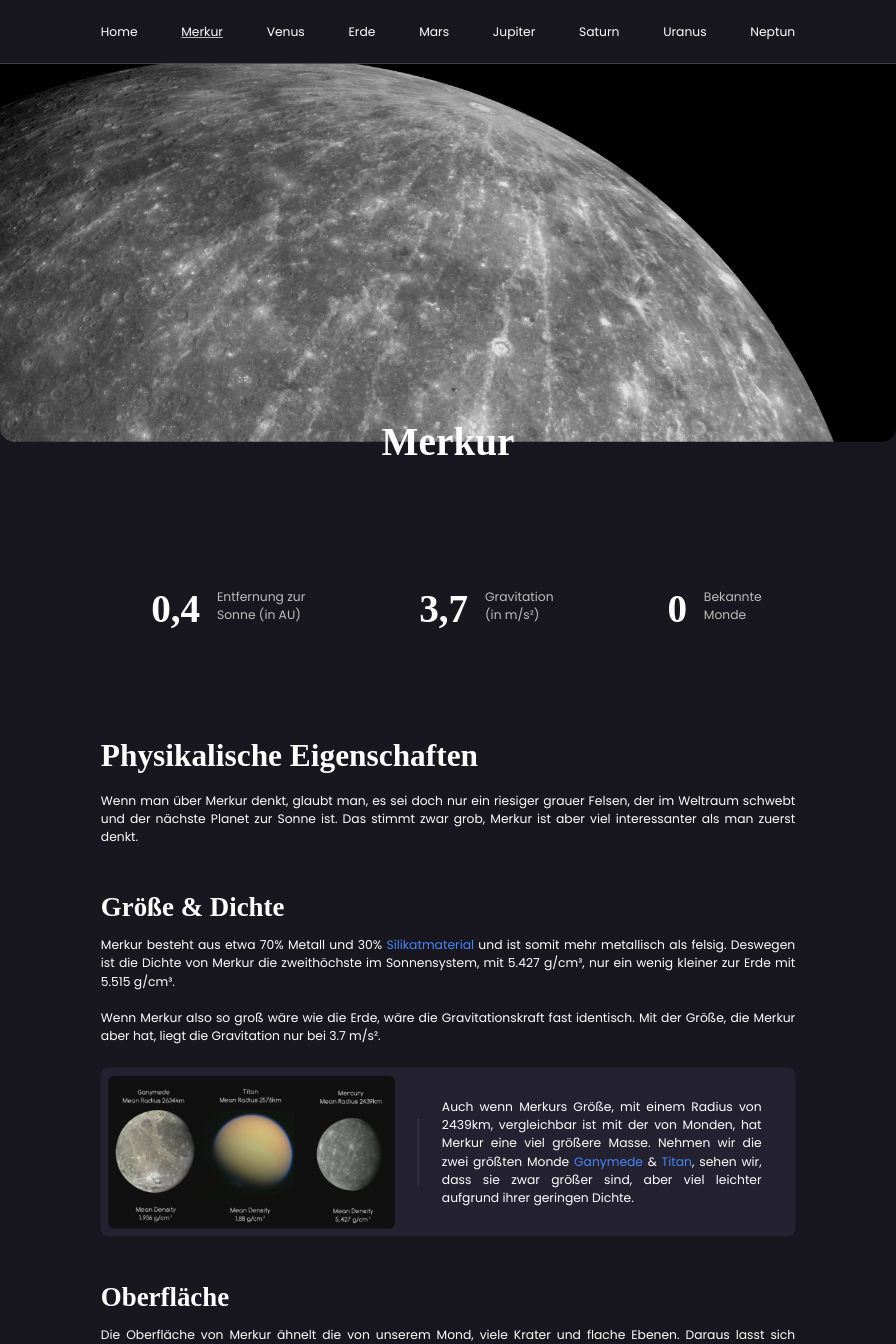
Repository: moreno-livak/solar
Page: dist/html/merkur.html
These files come from the project's save history. The page is drawn as it stood at one moment and after the next save; the edit follows.
The browser window is 1280 px wide. The pictures show the part of the page from y = 0 to 1920 px (the page is 3694 px tall), at 70% of full size.
The style sheet was rebuilt from its Sass, Less or Tailwind sources for each picture, by a compiler version that may differ from the author's.

Above is the page before, as saved 2022-05-07 13:41:20.

After the next save:
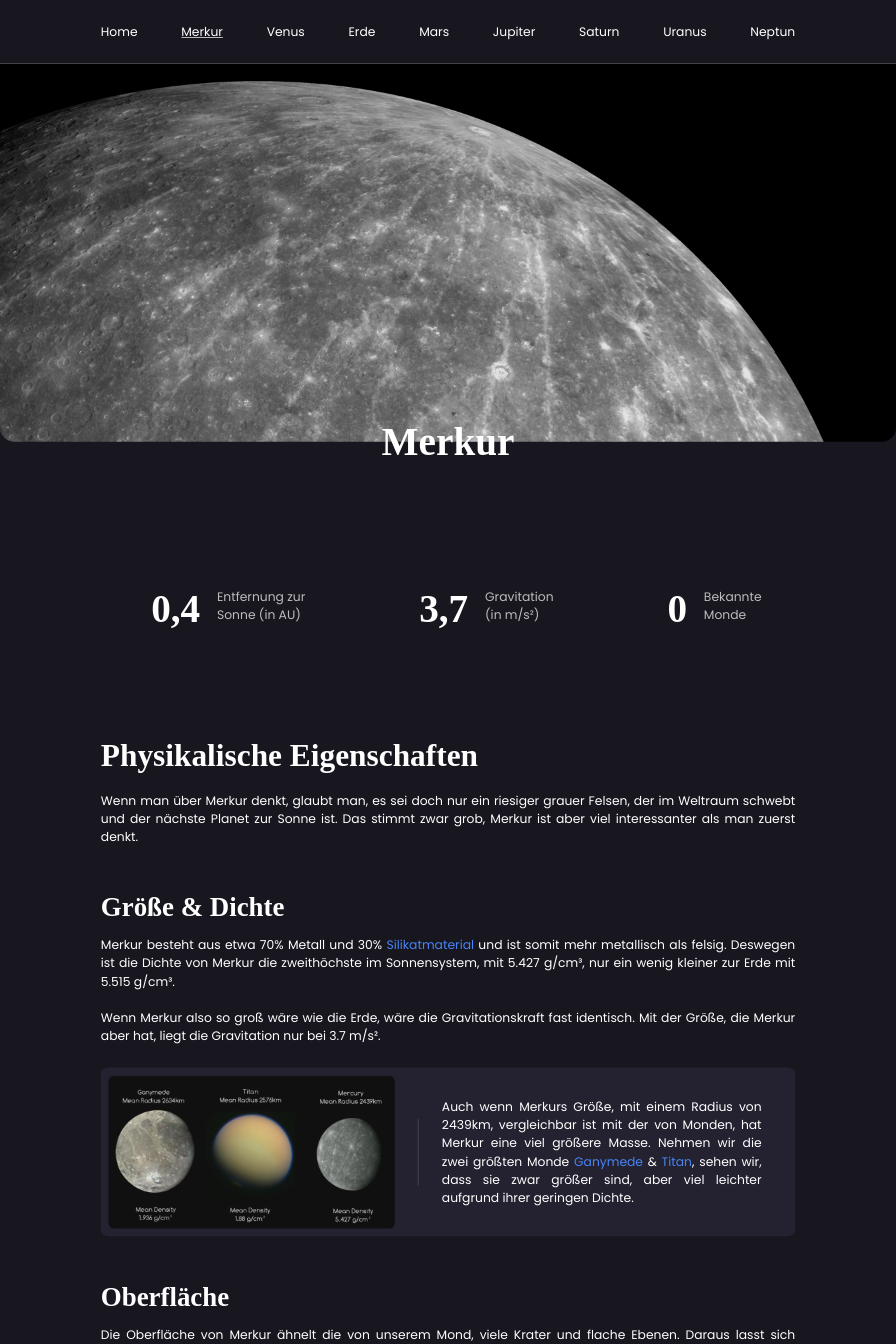
Saved 106 s later.
--- a/dist/html/merkur.html
+++ b/dist/html/merkur.html
@@ -45,7 +45,7 @@
 
 
   <section class="header">
-    <div class="image-header"><img src="../assets/Merkur/Merkur-Header.png"></div>
+    <div class="image-header"><img src="../assets/Merkur/Panorame-Merkur.jpg"></div>
     <h1>Merkur</h1>
   </section>
 
